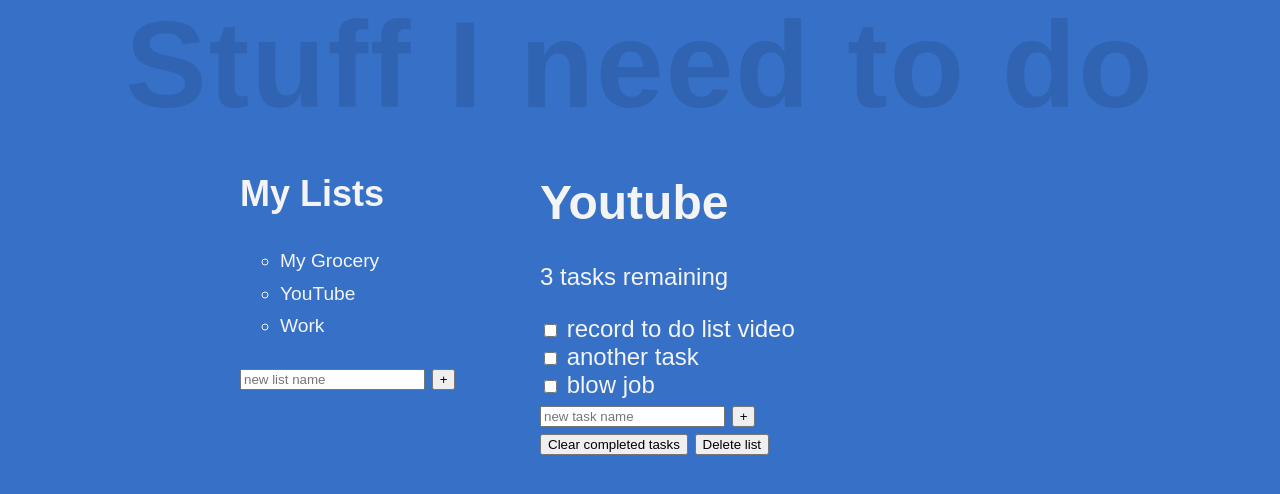
Repository: MohammadMazloum123/To-Do-List-App-
Page: index.html
An editor plug-in stored every save of this project. The page is shown before and after the next save, followed by the edit.
The browser window is 1280 px wide. The pictures show the whole page.

Above is the page before, as saved 2024-02-15 12:37:43.

After the next save:
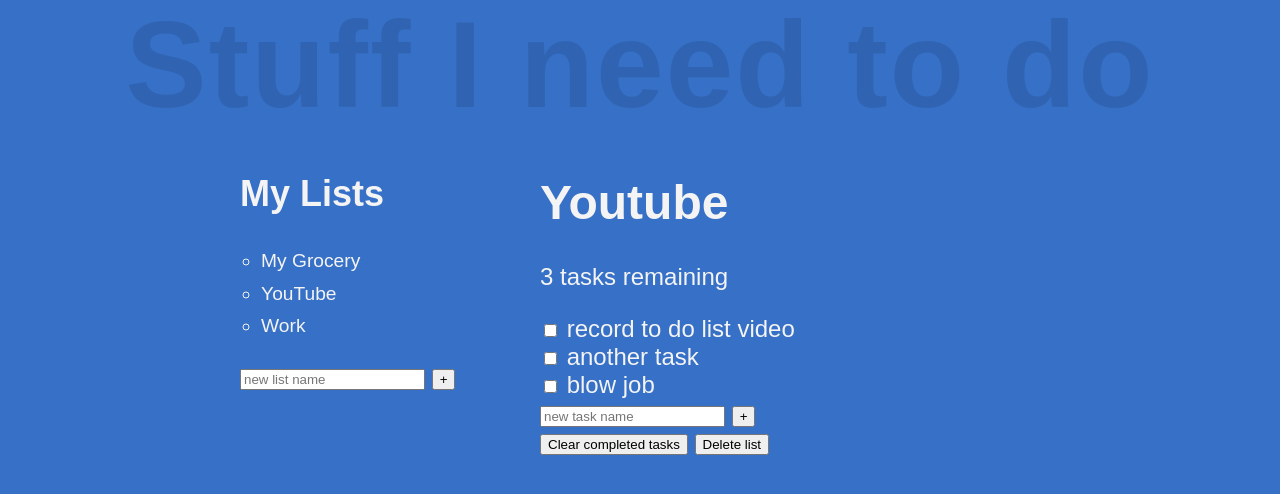
Saved 4 s later.
--- a/styles.css
+++ b/styles.css
@@ -40,7 +40,7 @@ body{
     line-height: 1.7;
     list-style: circle;
     font-size: 1.2rem;
-    paddin
+    padding-left: 1.1em;
 }
 
 .todo-list{
